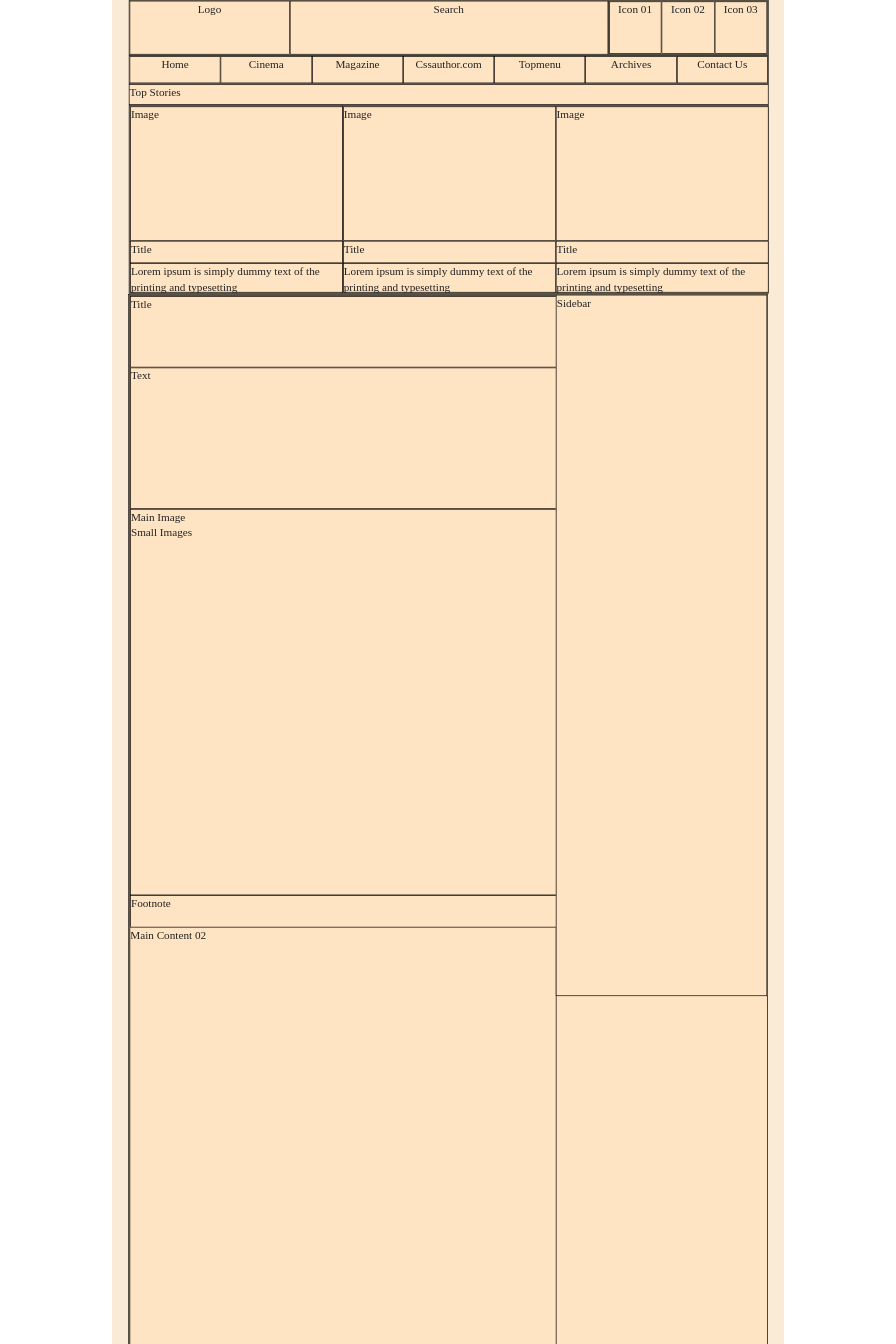
Repository: giovanabirck/cover-magazine-giovanabirck
Page: index.html
The author's editor kept a copy of each file at every save. The page is drawn from the files as they stood at one save, then again after a run of saves.
The browser window is 1280 px wide. The pictures show the part of the page from y = 0 to 1920 px (the page is 5000 px tall), at 70% of full size.

Above is the page before, as saved 2023-01-14 11:21:12.

After the next 3 saves:
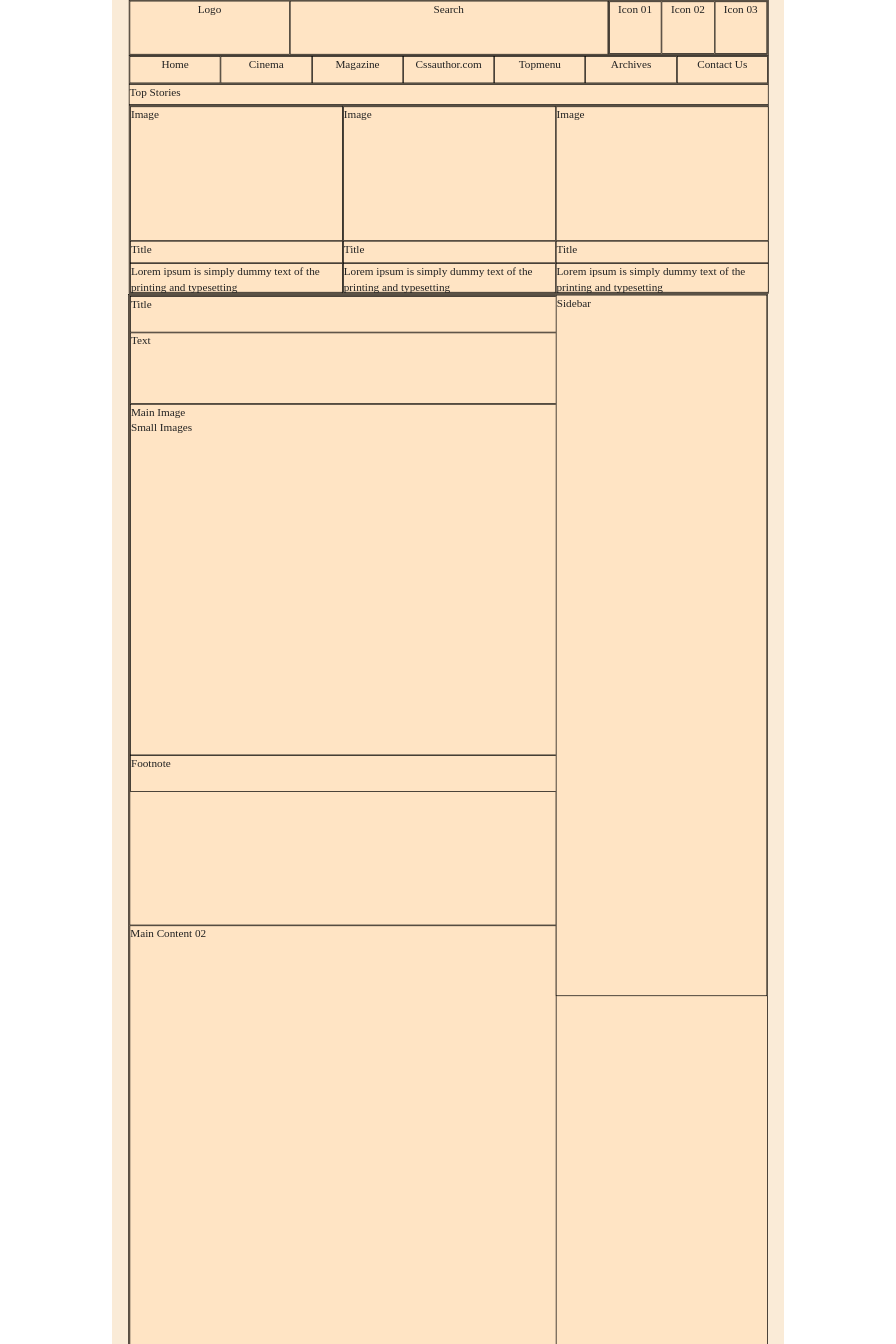
The 3 saves are shown as one change because they came seconds apart.
The last was saved 24 s later.
--- a/css/main.css
+++ b/css/main.css
@@ -409,21 +409,21 @@
   background-color: bisque;
   border: solid 1px black;
   width: 100%;
+  height: 50px;
+}
+
+.main-content-un-text{
+  background-color: bisque;
+  border: solid 1px black;
+  width: 100%;
   height: 100px;
 }
 
-.main-content-un-text{
-  background-color: bisque;
-  border: solid 1px black;
-  width: 100%;
-  height: 200px;
-}
-
 .main-content-un-images{
   background-color: bisque;
   border: solid 1px black;
   width: 100%;
-  height: 550px;
+  height: 500px;
 }
 
 .main-content-un-footnote{
